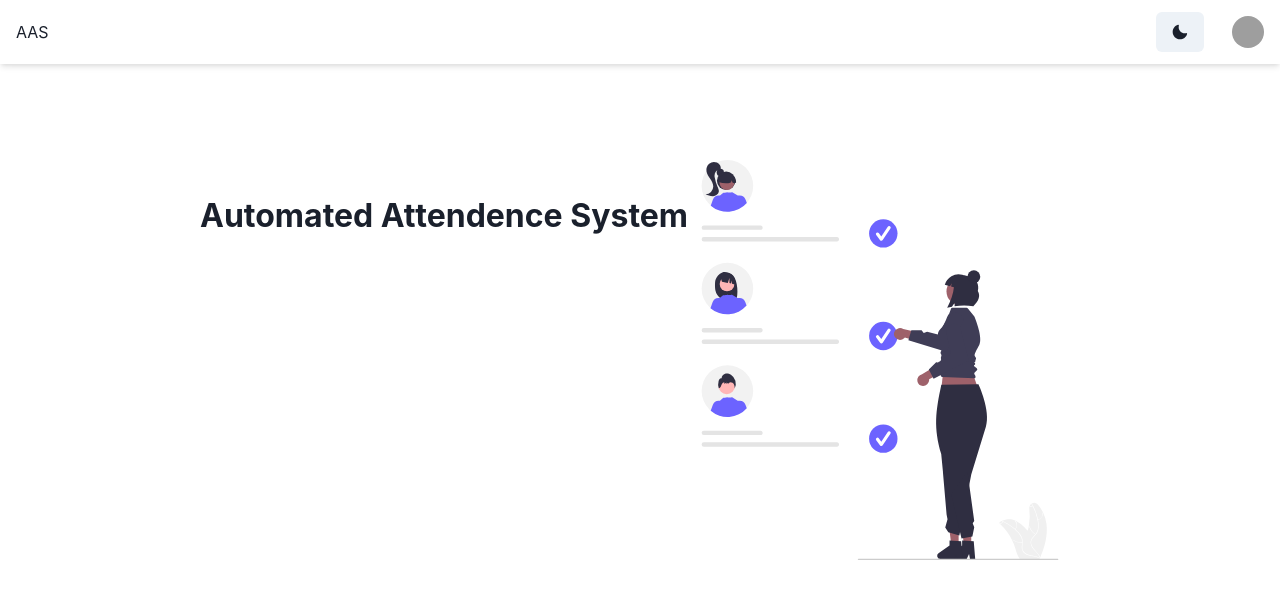
Repository: shash0708/attendence
Page: /
These files come from the project's save history. The page is drawn as it stood at one moment and after a run of saves; the edit follows.
The browser window is 1280 px wide. The pictures show the whole page.
Pictures or frames that could not be fetched are drawn as grey boxes. The project was rebuilt for these pictures with package versions that can differ from the ones it lists, and the page was loaded fresh each time. Also part of the build but not shown: src/App.css, src/components/Login/Login.component.jsx, src/components/Signup/Signup.component.jsx, src/routes/Authentication/Authentication.component.jsx.

Above is the page before, as saved 2024-04-06 19:49:07.

### src/index.js
import React from 'react';
import ReactDOM from 'react-dom/client';
import './index.css';
import App from './App';
import reportWebVitals from './reportWebVitals';
import { BrowserRouter } from 'react-router-dom';
import { ChakraProvider } from '@chakra-ui/react'

const root = ReactDOM.createRoot(document.getElementById('root'));
root.render(
  <React.StrictMode>
  <BrowserRouter>
<ChakraProvider>
    <App />
    </ChakraProvider>
    </BrowserRouter>

  </React.StrictMode>
);

// If you want to start measuring performance in your app, pass a function
// to log results (for example: reportWebVitals(console.log))
// or send to an analytics endpoint. Learn more: https://bit.ly/CRA-vitals
reportWebVitals();

### src/App.js
import './App.css';
import Home from './routes/Home/Home.component.jsx'
import { Routes,Route} from 'react-router-dom';
import Authentication from './routes/Authentication/Authentication.component';

function App() {
  return (
    <Routes>
    <Route index element={<Home/>}/>

    <Route path='auth' element={<Authentication/>}/>

    </Routes>
  );
}

export default App;

### src/routes/Home/Home.component.jsx
import React from 'react'
import { Outlet } from 'react-router-dom';
import Nav from '../../components/Navbar/Navbar.component';
import HomeProp from '../../components/homeProp/HomeProp.component';
const Home  = () => {
  return (
    <div>
       <Nav/>
       <HomeProp />
       <Outlet/>
    </div>
  )
}

export  default Home;

### client/src/components/Navbar/Navbar.component.jsx
'use client'

import {
  Box,
  Flex,
  Avatar,
  Text,
  Button,
  Menu,
  MenuButton,
  MenuList,
  MenuItem,
  MenuDivider,
  useDisclosure,
  useColorModeValue,
  Stack,
  useColorMode,
  Center,
} from '@chakra-ui/react'
import { MoonIcon, SunIcon } from '@chakra-ui/icons'
import { Link, Outlet } from 'react-router-dom';

const NavLink = (props) => {
  const { children } = props

  return (
    <Box
      as="a"
      px={2}
      py={1}
      rounded={'md'}
      _hover={{
        textDecoration: 'none',
        bg: useColorModeValue('gray.200', 'gray.700'),
      }}
      href={'#'}>
      {children}
    </Box>
  )
}

export default function Nav() {
  const { colorMode, toggleColorMode } = useColorMode();
  const { isOpen, onOpen, onClose } = useDisclosure();
  return (
    <div>
      <Box

        px={4}
        shadow="md"
        style={{ backdropFilter: 'blur(10px)' }} // Adds blur effect to the background
      >
        <Flex h={16} alignItems={'center'} justifyContent={'space-between'}>
          <Box>
          <Link to="/">AAS</Link>

          </Box>

          <Flex alignItems={'center'}>
            <Stack direction={'row'} spacing={7}>
              <Button onClick={toggleColorMode}>
                {colorMode === 'light' ? <MoonIcon /> : <SunIcon />}
              </Button>

              <Menu>
                <MenuButton
                  as={Button}
                  rounded={'full'}
                  variant={'link'}
                  cursor={'pointer'}
                  minW={0}>
                  <Avatar
                    size={'sm'}
                    src={'https://avatars.dicebear.com/api/male/username.svg'}
                  />
                </MenuButton>
                <MenuList alignItems={'center'} shadow="lg">
                  <br />
                  <Center>
                    <Avatar
                      size={'2xl'}
                      src={'https://avatars.dicebear.com/api/male/username.svg'}
                    />
                  </Center>
                  <br />
                  <Center>
                    <p>Username</p>
                  </Center>
                  <br />
                  <MenuDivider />
                  <MenuItem>Your Servers</MenuItem>
                  <MenuItem>Account Settings</MenuItem>
                  <MenuItem>Logout</MenuItem>
                </MenuList>
              </Menu>
            </Stack>
          </Flex>
        </Flex>
      </Box>
      <Outlet />
    </div>
  );
}

### src/components/homeProp/HomeProp.component.jsx
import React, { Fragment } from 'react'
import { ReactComponent as HomeLogo } from '../../assests/home.svg'
import './HomeProp.styles.scss';
const HomeProp= () => {
  return (
    <Fragment>
<div className='text'>
    <h1>Automated Attendence  System</h1>
    </div>
      <HomeLogo className='home-prop'/>
    </Fragment>
  )
}

export default HomeProp;

### src/components/homeProp/HomeProp.styles.scss
// Use variables to style your logo
.home-prop{
  width: 1000px;
  height: 400px;  // Add other styling properties as needed
  position: fixed;
  top: 50%; // Adjust as needed
  right: -100px; // Adjust as needed
  transform: translateY(-50%);
}

.text{
  font-size: xx-large;
  font-weight: bolder;
  position: fixed;
  top: 30%; // Adjust as needed
  left: 200px; // Adjust as needed
  transform: translateY(-50%);
}

Loaded but not shown: public/index.html (common file); src/index.css (common file); src/reportWebVitals.js (common file)

After the next 2 saves:
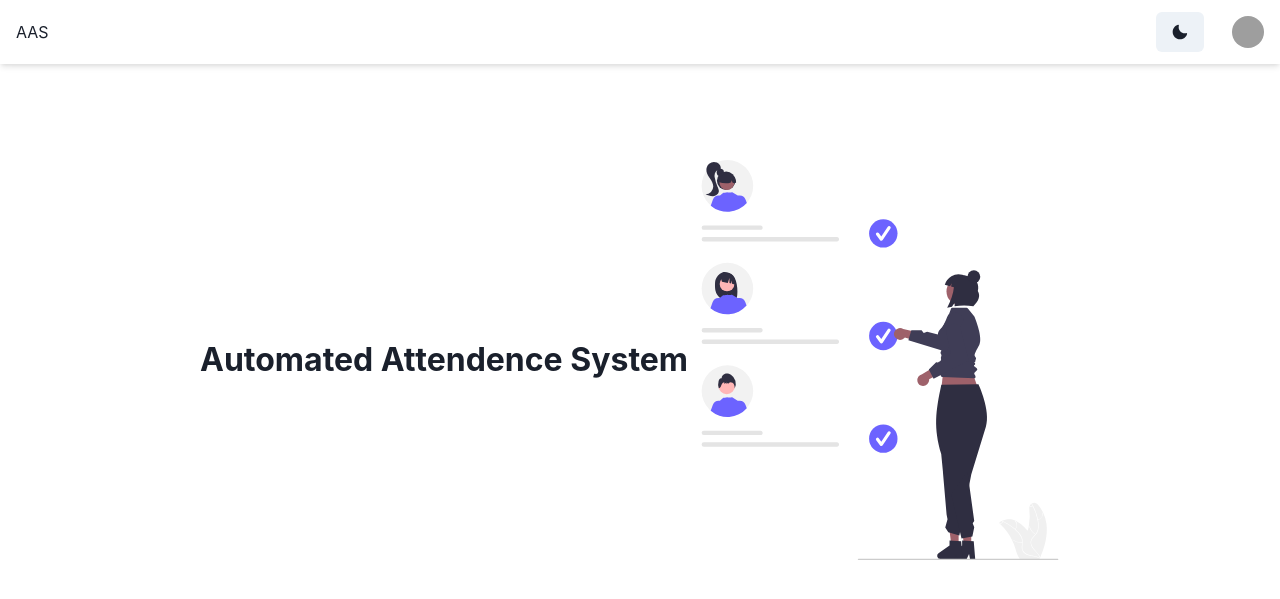
The 2 saves are shown as one change because they came seconds apart.
The last was saved 24 s later.
--- a/src/components/homeProp/HomeProp.styles.scss
+++ b/src/components/homeProp/HomeProp.styles.scss
@@ -12,7 +12,7 @@
   font-size: xx-large;
   font-weight: bolder;
   position: fixed;
-  top: 30%; // Adjust as needed
+  top: 50%; // Adjust as needed
   left: 200px; // Adjust as needed
   transform: translateY(-50%);
 }
